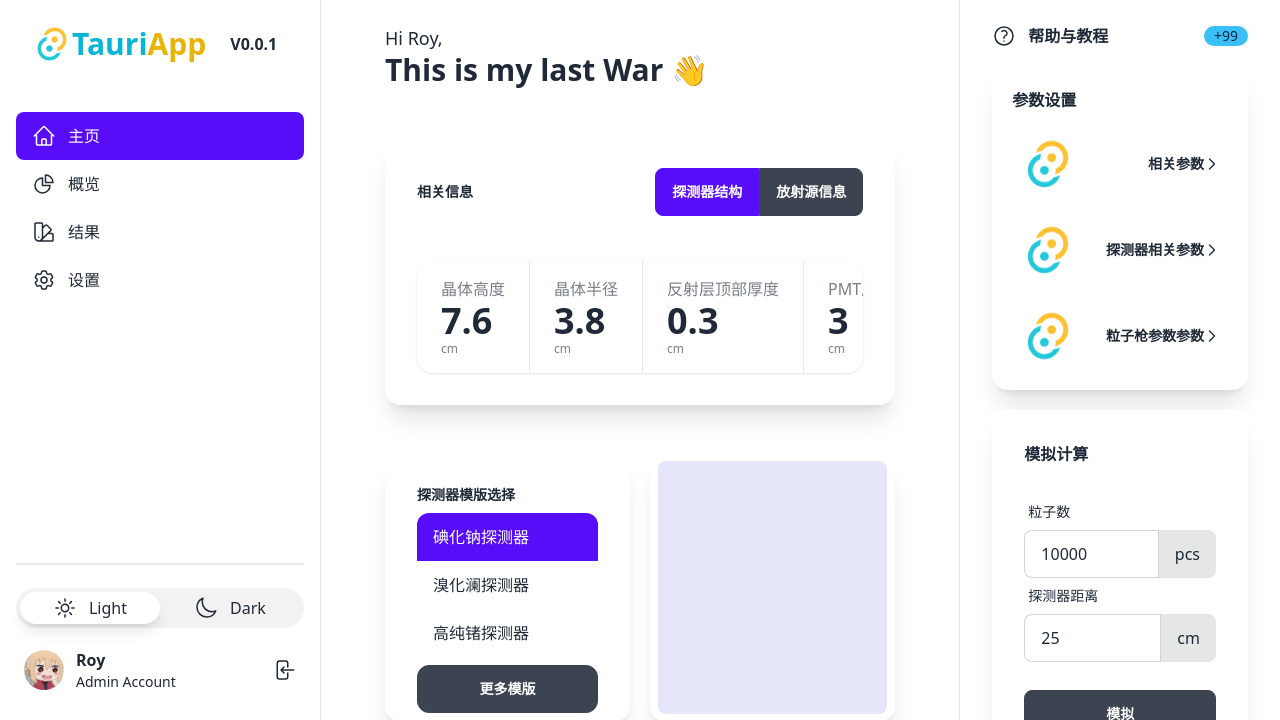
Repository: XMZOVO/tauri-geant4
Page: /
These files come from the project's save history. The page is drawn as it stood at one moment and after the next save; the edit follows.
The browser window is 1280 px wide. The pictures show the whole page.
The page's requests for data from a server got no answer. An inner scrolling area shows only its first screen. The project was rebuilt for these pictures with package versions that can differ from the ones it lists, and the page was loaded fresh each time. No one was signed in, and anything a server would have sent is missing. Also part of the build but not shown: vite.config.ts.

Above is the page before, as saved 2022-09-11 19:21:07.

After the next save:
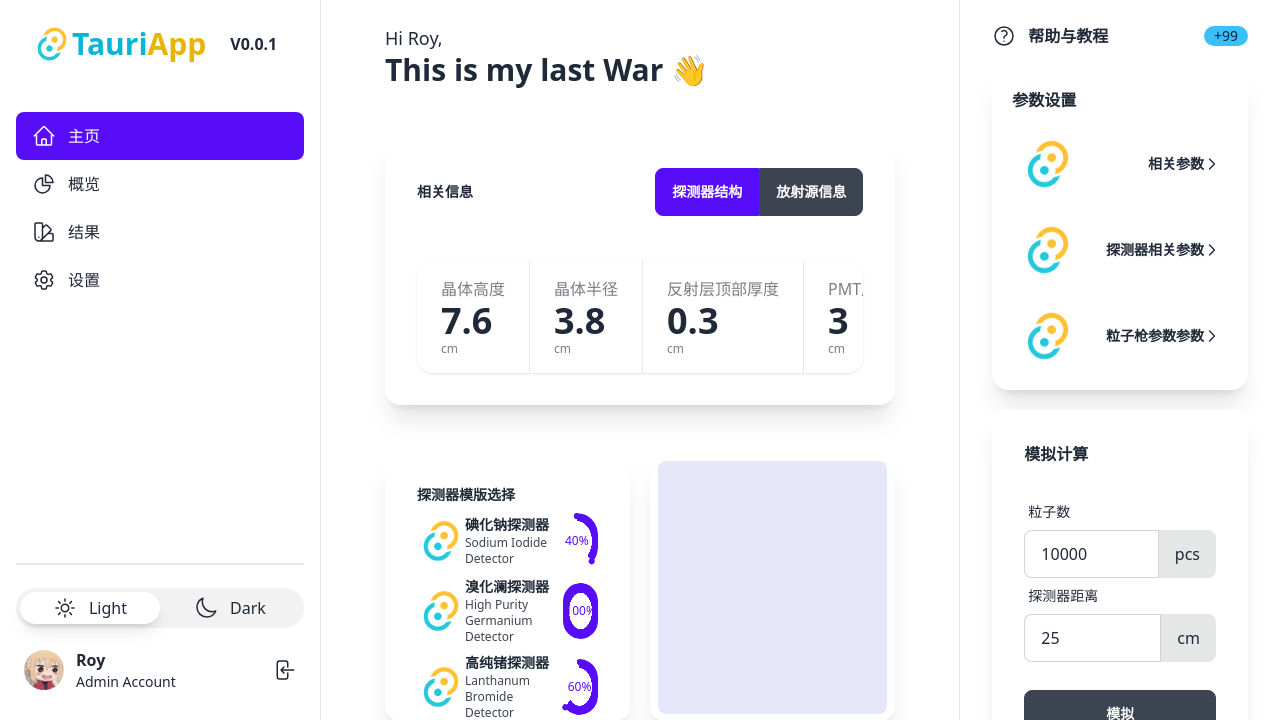
Saved 87 s later.
--- a/src/components/Home.vue
+++ b/src/components/Home.vue
@@ -188,37 +188,30 @@ const exitApp = async () => {
           <div class="card-body">
             <p class="text-sm font-semibold">探测器模版选择</p>
             <!-- item -->
-            <ul class="menu h-full w-full rounded-xl bg-base-100">
-              <li v-for="(item, index) in detectorList">
-                <a :class="{ [`active`]: index == activeDetector }">{{
-                  item.name
-                }}</a>
-              </li>
-            </ul>
-            <!-- <div
-                v-for="(item, index) in detectorList"
-                class="flex items-center justify-between"
+            <div
+              v-for="(item, index) in detectorList"
+              class="flex items-center justify-between"
+            >
+              <div class="flex items-center">
+                <img src="../assets/icon.png" class="h-12 w-12" />
+                <div class="flex flex-col">
+                  <p class="text-sm font-semibold">{{ item.name }}</p>
+                  <p class="text-xs text-neutral">
+                    {{ item.description }}
+                  </p>
+                </div>
+              </div>
+              <div
+                class="radial-progress text-xs text-primary"
+                :style="
+                  '--value: ' +
+                  item.percent +
+                  '; --size: 3.5rem; --thickness: 6px'
+                "
               >
-                <div class="flex items-center">
-                  <img src="../assets/icon.png" class="h-12 w-12" />
-                  <div class="flex flex-col">
-                    <p class="text-sm font-semibold">{{ item.name }}</p>
-                    <p class="text-xs text-neutral">
-                      {{ item.description }}
-                    </p>
-                  </div>
-                </div>
-                <div
-                  class="radial-progress text-xs text-primary"
-                  :style="
-                    '--value: ' +
-                    item.percent +
-                    '; --size: 3.5rem; --thickness: 6px'
-                  "
-                >
-                  {{ item.percent }}%
-                </div>
-              </div> -->
+                {{ item.percent }}%
+              </div>
+            </div>
             <btn class="btn rounded-xl"> 更多模版</btn>
           </div>
         </div>
